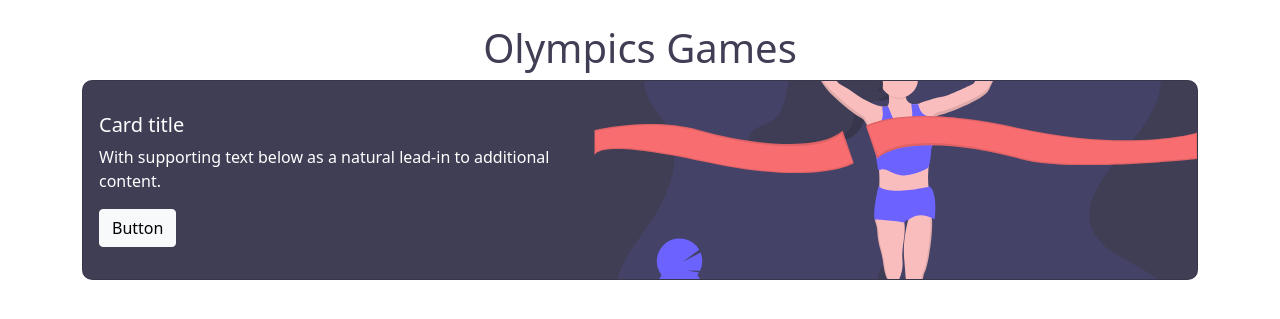
Repository: ahmedazawi/olympic_games
Page: client/views/index.html
The author's editor kept a copy of each file at every save. The page is drawn from the files as they stood at one save, then again after the next save.
The browser window is 1280 px wide. The pictures show the whole page.

Above is the page before, as saved 2021-12-24 13:03:41.

### client/views/index.html
<!DOCTYPE html>
<html lang="en">

<head>
    <meta charset="UTF-8">
    <meta http-equiv="X-UA-Compatible" content="IE=edge">
    <meta name="viewport" content="width=device-width, initial-scale=1.0">
    <link href="https://cdn.jsdelivr.net/npm/bootstrap@5.1.3/dist/css/bootstrap.min.css" rel="stylesheet"
        integrity="sha384-1BmE4kWBq78iYhFldvKuhfTAU6auU8tT94WrHftjDbrCEXSU1oBoqyl2QvZ6jIW3" crossorigin="anonymous">
    <link rel="stylesheet" href="/css/index.css">
    <title>Home</title>
</head>

<body>
    <div class="background-img">
        <img>

    </div>

    <div class="body-container d-flex flex-column align-items-center w-100">
        <h1 class="">Olympics Games</h1>
        <div class="container">
            <div class="row g-4">
                <div class="col-12">
                    <div class="card w-100 d-flex flex-row align-items-center">
                        <div class="card-body">
                            <h5 class="card-title">Card title</h5>
                            <p class="card-text">With supporting text below as a natural lead-in to additional content.
                            </p>
                            <a href="#" class="btn btn-light ">Button</a>
                        </div>
                        <div>
                            <img src="/svg/1.svg">
                        </div>
                    </div>
                </div>
            </div>
        </div>
    </div>

    <script src="https://cdn.jsdelivr.net/npm/bootstrap@5.1.3/dist/js/bootstrap.bundle.min.js"
        integrity="sha384-ka7Sk0Gln4gmtz2MlQnikT1wXgYsOg+OMhuP+IlRH9sENBO0LRn5q+8nbTov4+1p"
        crossorigin="anonymous"></script>
</body>

</html>

### client/assets/css/index.css
* {
  --appColor: rgb(63, 62, 85);
}
body {
  color: var(--appColor);
}
.bg-app-color {
  background-color: var(--appColor);
  border: var(--appColor);
}
.font-app-color {
  color: var(--appColor);
}
.body-container .card {
  border-radius: 10px;
  height: 200px;
  background-color: var(--appColor);
  color: white;
  overflow: hidden;
}
.body-container .card img {
  width: calc(100px + 40vw);
}

After the next save:
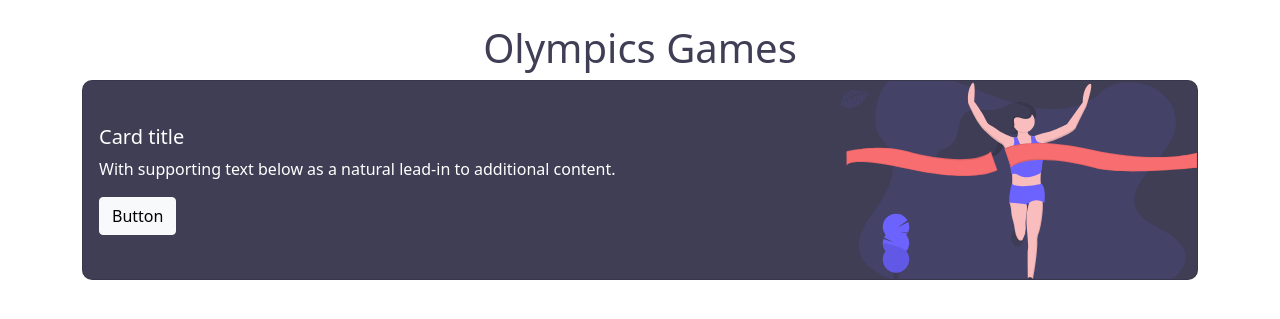
Saved 9 s later.
--- a/client/assets/css/index.css
+++ b/client/assets/css/index.css
@@ -19,5 +19,5 @@
   overflow: hidden;
 }
 .body-container .card img {
-  width: calc(100px + 40vw);
+  width: calc(100px + 20vw);
 }
